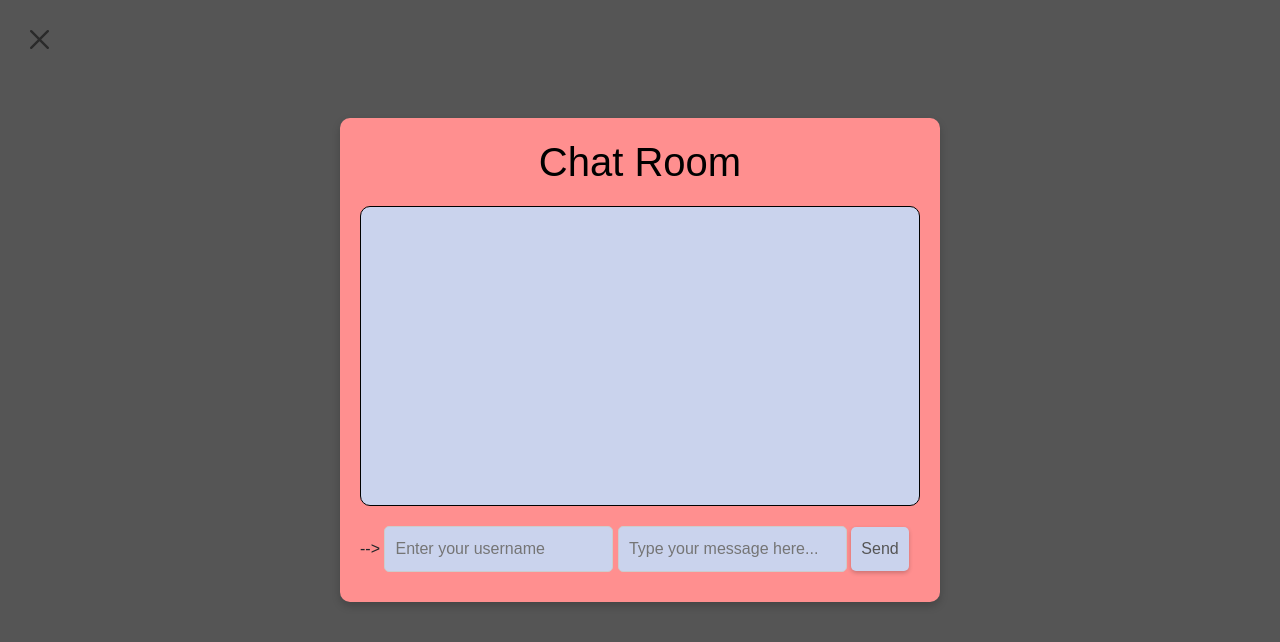
Repository: Sanjana-Inapakolla/Find-your-Roomie-website
Page: http://localhost/MiniProject/AfterSend
The author's editor kept a copy of each file at every save. The page is drawn from the files as they stood at one save, then again after the next save.
The browser window is 1280 px wide. The pictures show the whole page.
The page is served by Tomcat 10. Other server files are loaded and not shown. Queries for data that is not in the repository find no rows.

Above is the page before, as saved 2024-11-13 09:34:17.

### mini-project(jfst)/MiniProject/src/main/webapp/chat.jsp
<%@ page language="java" contentType="text/html; charset=UTF-8"
	pageEncoding="UTF-8"%>
<%@ page import="java.util.*, java.io.*,jakarta.servlet.*,java.sql.*"%>
<%@ page import="form.DbConnect" %>
<%@ page import="chat.Pair_messages" %>

<!DOCTYPE html>
<html lang="en">
<head>
<meta charset="UTF-8">
<meta name="viewport" content="width=device-width, initial-scale=1.0">
<title>Chat Application</title>
<link href="https://cdn.jsdelivr.net/npm/bootstrap@5.3.3/dist/css/bootstrap.min.css" rel="stylesheet" integrity="sha384-QWTKZyjpPEjISv5WaRU9OFeRpok6YctnYmDr5pNlyT2bRjXh0JMhjY6hW+ALEwIH" crossorigin="anonymous">
<style>
body {
	display: flex;
	justify-content: center;
	align-items: center;
	height: 100vh;
	margin: 0;
	background-color:#555;
	font-family: Arial, sans-serif;
}

.chat-container {
	background-color: #ff8f8f ;
	padding: 20px;
	border-radius: 10px;
	box-shadow: 0 4px 8px rgba(0, 0, 0, 0.2);
	width: 600px;
}

h1 {
	text-align: center;
	color: #000000;
	margin-bottom: 20px;
}

#chatWindow {
	border: 1px solid black;
	height: 300px;
	overflow-y: scroll;
	padding: 10px;
	background-color: #cad3ed;
	border-radius: 10px;
	margin-bottom: 20px;
}

.form-container {
	display: flex;
	flex-direction: column;
}

input[type="text"], input[type="submit"], input[type="text"]#username {
	background-color: #cad3ed;
	border: 1px solid #ccc;
	padding: 10px;
	border-radius: 5px;
	margin-bottom: 10px;
}

input[type="submit"] {
	background-color: #cad3ed;
	border: none;
	color: #555;
	cursor: pointer;
	box-shadow: 0 2px 4px rgba(0, 0, 0, 0.2);
}

input[type="submit"]:hover {
	background-color: #ff9940;
}
 .btn-close {
    position: absolute;
    top: 20px;
    left: 20px;
    width: 30px;
    height: 30px;
    font-size: 1.2rem;
  }
</style>


</head>
<body>
<button type="button" class="btn-close" aria-label="Close" onclick="window.location.href='home.html';"></button>
	<div class="chat-container">
		<h1>Chat Room</h1>

		<div id="chatWindow">
    <%
    List<Pair_messages> m = (List<Pair_messages>) request.getAttribute("chats");
    if (m != null && !m.isEmpty()) {
        for (Pair_messages p : m) {
    %>
            <p> <%= p.getUsername()%>:
           <%= p.getMessage() %></p>
    <%
        }
    }
    %>
</div>


		<div class="form-container">
			<form action="sendMessagesServlet" method="POST">-->

				<input type="text" id="username" name="username"
					placeholder="Enter your username" required> <input
					type="text" id="message" name="message" placeholder="Type your message here..."
					required> <input type="submit" value="Send" >
			</form>

		</div>
	</div>

<script src="https://cdn.jsdelivr.net/npm/bootstrap@5.3.3/dist/js/bootstrap.bundle.min.js" integrity="sha384-YvpcrYf0tY3lHB60NNkmXc5s9fDVZLESaAA55NDzOxhy9GkcIdslK1eN7N6jIeHz" crossorigin="anonymous"></script>
</body>
</html>

### mini-project(jfst)/MiniProject/src/main/java/chat/AfterSend.java
package chat;

import jakarta.servlet.ServletException;
import jakarta.servlet.annotation.WebServlet;
import jakarta.servlet.http.HttpServlet;
import jakarta.servlet.http.HttpServletRequest;
import jakarta.servlet.http.HttpServletResponse;
import java.io.IOException;
import java.io.PrintWriter;
import java.util.ArrayList;
import java.util.List;

import form.DbConnect;

/**
 * Servlet implementation class AfterSend
 */
@WebServlet("/AfterSend")
public class AfterSend extends HttpServlet {
	private static final long serialVersionUID = 1L;

    /**
     * @see HttpServlet#HttpServlet()
     */
    public AfterSend() {
        super();
        // TODO Auto-generated constructor stub
    }

	/**
	 * @see HttpServlet#doGet(HttpServletRequest request, HttpServletResponse response)
	 */
	protected void doGet(HttpServletRequest request, HttpServletResponse response) throws ServletException, IOException {
		DbConnect db=new DbConnect();
		List<Pair_messages> messages=new ArrayList<>();
		messages=db.retrieveMessages();
		request.setAttribute("chats", messages);
		System.out.print("request set");
		request.getRequestDispatcher("chat.jsp").forward(request, response);
	}

	/**
	 * @see HttpServlet#doPost(HttpServletRequest request, HttpServletResponse response)
	 */
	protected void doPost(HttpServletRequest request, HttpServletResponse response) throws ServletException, IOException {
		// TODO Auto-generated method stub
		doGet(request, response);
	}

}

### mini-project(jfst)/MiniProject/src/main/java/form/DbConnect.java
package form;

import java.nio.charset.StandardCharsets;
import java.security.MessageDigest;
import java.security.SecureRandom;
import java.sql.*;
import java.util.ArrayList;
import java.util.Arrays;
import java.util.List;

import chat.Pair_messages;

public class DbConnect {
	private static final String DB_URL = "jdbc:mysql://localhost:3306/jfst";
    private static final String USER = "root";
    private static final String PASSWORD = "MYSQL";

   /* public static void main(String args[]) {
    	try (Connection conn = DriverManager.getConnection(DB_URL, USER, PASSWORD)) {
            System.out.println("Connection successful!");
            getAllUsers("khloe");
        } catch (SQLException e) {
            e.printStackTrace();
        }
    }*/
 /*   public static void add() throws SQLException {
    	String query="UPDATE users SET name=? WHERE email=?";
    	try(Connection con=getConnection(); PreparedStatement pstmt=con.prepareStatement(query)){
    		pstmt.setString(1,"skunk");
    		pstmt.setString(2, "skunk@gmail.com");
    		int rowsAffected=pstmt.executeUpdate();
    		System.out.print(rowsAffected);

    	}


    }*/

    public static Connection getConnection() throws SQLException {
    	try {
			Class.forName("com.mysql.cj.jdbc.Driver");
		} catch (ClassNotFoundException e) {
			// TODO Auto-generated catch block
			e.printStackTrace();
		}
        return DriverManager.getConnection(DB_URL, USER, PASSWORD);
    }

    public boolean updateUserProfile(User user) {
    	String query="UPDATE users SET contact = ?, city = ?, area = ?, job = ? WHERE email = ?";
    	try (Connection conn = getConnection();
                PreparedStatement pstmt = conn.prepareStatement(query)){
    		pstmt.setString(1,user.getContact());
    		pstmt.setString(2, user.getCity());
    		pstmt.setString(3,user.getArea());
    		pstmt.setString(4,user.getJob());
    		pstmt.setString(5,user.getEmail());

    		int rowsAffected=pstmt.executeUpdate();
    		return rowsAffected>0;

    	}
    	catch(Exception e) {
    		e.printStackTrace();
    		return false;
    	}
    }

    public User getUserDetails(String email) {
    	 String query = "SELECT * FROM users WHERE email = ?";
    	    try (Connection conn = getConnection();
    	         PreparedStatement pstmt = conn.prepareStatement(query)) {
    	        pstmt.setString(1, email);
    	        ResultSet rs = pstmt.executeQuery();
    	        if (rs.next()) {
    	            return new User(
    	                rs.getString("email"),
    	                rs.getString("name"),
    	                rs.getString("gender"),
    	                rs.getDate("dob"),
    	                rs.getString("contact"),
    	                rs.getInt("age"),
    	                rs.getString("city"),
    	                rs.getString("area"),
    	                rs.getString("job"),
    	                rs.getString("native_place"),
    	                rs.getString("mother_tongue"),
    	                rs.getString("smoke"),
    	                rs.getString("drink"),
    	                rs.getString("diet")
    	            );
    	        }
    	    } catch (SQLException e) {
    	        e.printStackTrace();
    	    }
    	    return null;

    }

    public static List<User> getAllUsers(String email){
    	String query="SELECT * FROM users WHERE status = ? AND email <> ?";

    	List<User> list=new ArrayList<>();
    	 try (Connection conn = getConnection();
    	         PreparedStatement pstmt = conn.prepareStatement(query)) {
    	        pstmt.setString(1, "active");
    	        pstmt.setString(2, email);
    	        ResultSet rs = pstmt.executeQuery();
    	        while (rs.next()) {
    	        	System.out.print(rs.getString("name"));
    	            list.add( new User(
    	                rs.getString("email"),
    	                rs.getString("name"),
    	                rs.getString("gender"),
    	                rs.getDate("dob"),
    	                rs.getString("contact"),
    	                rs.getInt("age"),
    	                rs.getString("city"),
    	                rs.getString("area"),
    	                rs.getString("job"),
    	                rs.getString("native_place"),
    	                rs.getString("mother_tongue"),
    	                rs.getString("smoke"),
    	                rs.getString("drink"),
    	                rs.getString("diet")
    	            ));
    	        }
    	    } catch (SQLException e) {
    	        e.printStackTrace();
    	    }
    	    return list;

    }

    public  boolean addUserDetails(User user,String email) {
    	String query = "UPDATE users SET name=?, gender=?, dob=?, contact=?, age=?, city=?, area=?, job=?, native_place=?, mother_tongue=?, smoke=?, drink=?, diet=? WHERE email=?";

    	try(Connection con=getConnection(); PreparedStatement pstmt=con.prepareStatement(query)){
    		pstmt.setString(1, user.getName());
    		pstmt.setString(2, user.getGender());
    	    pstmt.setDate(3, user.getDob());
    	    pstmt.setString(4, user.getContact());
    	    pstmt.setInt(5, user.getAge());
    	    pstmt.setString(6, user.getCity());
    	    pstmt.setString(7, user.getArea());
    	    pstmt.setString(8, user.getJob());
    	    pstmt.setString(9, user.getNative_place());
    	    pstmt.setString(10, user.getMother_tongue());
    	    pstmt.setString(11, user.getSmoke());
    	    pstmt.setString(12, user.getDrink());
    	    pstmt.setString(13, user.getDiet());
    	    pstmt.setString(14, email);

    	    int rowsAffected=pstmt.executeUpdate();
    	    return rowsAffected>0;
    	}
    	catch(Exception e) {
    		e.printStackTrace();
    		return false;
    	}

    }
    //user form ends here

    //login-signup starts
    public static String registerUser(String username, String email, String password) {
    	if(userExists(username)) {
    		System.out.println("User exists");
    		return "User exists";
    	}
    	if(emailExists(email)) {
    		System.out.println("User with same email exists");
    		return "User with same email exists";
    	}
        String query = "INSERT INTO users (username, email, password, salt) VALUES (?, ?, ?, ?)";
        byte[][] salt_pwd = encrypt(password.getBytes(StandardCharsets.UTF_8));
        byte[] encrypted_pwd = salt_pwd[1];
        byte[] salt = salt_pwd[0];
        try (Connection conn = getConnection();
             PreparedStatement pstmt = conn.prepareStatement(query)) {
            pstmt.setString(1, username);
            pstmt.setString(2, email);
            pstmt.setBytes(3, encrypted_pwd);
            pstmt.setBytes(4, salt);

            int rowsAffected = pstmt.executeUpdate();
            if(rowsAffected > 0) return "Success!";
        } catch (SQLException e) {
            e.printStackTrace();
            return "Something went wrong";
        }
        return "Something went wrong";
    }

    public static String loginUser(String email, String password) {
    	String getStored = "SELECT password, salt FROM users WHERE email= ? ";
    	try {
    		Connection conn = getConnection();
            PreparedStatement pstmt = conn.prepareStatement(getStored);
            pstmt.setString(1, email);
            ResultSet rs = pstmt.executeQuery();
            if(!rs.next()) {

            	System.out.println("No such user");
            	return "No such user";
            }
            	byte[] stored_pwd = rs.getBytes(1);
            	byte[] salt = rs.getBytes(2);
            	if(passwordMatch(password,salt,stored_pwd)) {
            		System.out.println("Success!");
            		return "Success!";
            	}
            	else {
            		System.out.println("Wrong password");
            		return "Wrong password";
            	}


    	}catch(Exception e) {
    		e.printStackTrace();
    	}
    	return "Something went wrong";
    }

    public static byte[][] encrypt(byte[] plainTxt){
        // returns the hashed salt[0] and password used[1]
        SecureRandom random = new SecureRandom();
        byte[] salt = new byte[16];
        random.nextBytes(salt);
        try {
            MessageDigest md = MessageDigest.getInstance("SHA-512");
            md.update(salt);
            byte[] hashedPassword = md.digest(plainTxt);
            return new byte[][]{salt, hashedPassword};

        }catch (Exception e){
            System.out.println("Something went wrong with hashing");
            return new byte[][]{null, null};
        }
    }

    public static boolean passwordMatch(String plainTxt, byte[] salt, byte[] stored){
        try {
            MessageDigest md = MessageDigest.getInstance("SHA-512");
            md.update(salt);
            byte[] hashedPassword = md.digest(plainTxt.getBytes(StandardCharsets.UTF_8));
            return Arrays.equals(hashedPassword, stored);
        }catch (Exception e){
            System.out.println("Something went wrong..");
            return false;
        }
    }
    public static boolean userExists(String uname){
        String query = "SELECT username FROM users WHERE username = ? ";
        Connection conn;
		try {
			conn = getConnection();
			PreparedStatement pstmt = conn.prepareStatement(query);
			pstmt.setString(1, uname);
	        ResultSet rs = pstmt.executeQuery();
	        if(rs.next()) {
	        	System.out.println("User exists");
	        	return true;
	        }
	        else {
	        	return false;
	        }
		} catch (SQLException e) {
			// TODO Auto-generated catch block
			e.printStackTrace();
		}
        return false;
    }
    public static boolean emailExists(String em){
    	String query = "SELECT email FROM users WHERE email = ? ";
        Connection conn;
		try {
			conn = getConnection();
			PreparedStatement pstmt = conn.prepareStatement(query);
			pstmt.setString(1, em);
	        ResultSet rs = pstmt.executeQuery();
	        if(rs.next()) {
	        	System.out.println("User with same email exists");
	        	return true;
	        }
	        else {
	        	return false;
	        }
		} catch (SQLException e) {
			// TODO Auto-generated catch block
			e.printStackTrace();
		}
        return false;
    }
    //login signup code ends here

    //discussion forum

    public  void addMessages(String username,String message) {
		System.out.print("i am inside add");
		String query="INSERT INTO messages (username , message) values (?,?)";
		try (Connection conn=getConnection();
				PreparedStatement pstmt= conn.prepareStatement(query)){
			System.out.print("i am inside add-try");
			pstmt.setString(1,username);
			pstmt.setString(2,message);
			int rows=pstmt.executeUpdate();
			System.out.print(rows>0);

		}catch(Exception e) {
			e.printStackTrace();
		}
	}


	public List<Pair_messages> retrieveMessages() {
		List<Pair_messages> list=new ArrayList<>();
		String query = "SELECT * FROM messages ORDER BY timestamp DESC";
		try (Connection conn=getConnection();
				PreparedStatement pstmt= conn.prepareStatement(query)){
			System.out.print("i am inside retreive-try");

            ResultSet rs = pstmt.executeQuery();
            while(rs.next()) {
            	list.add(new Pair_messages(rs.getString("username"),rs.getString("message")));
            }


		}catch(Exception e) {
			e.printStackTrace();
		}
		return list;
	}

	// discussion forum ends

	//reviews
	public void addReview (String email,String hostel_name ,String hostel_city , String hostel_area,String review_text) throws SQLException {
		String query="INSERT INTO reviews (email_id,hostel_name,hostel_city,hostel_area,review_text)  values (?,?,?,?,?)";
		try(Connection conn=getConnection();PreparedStatement pstmt= conn.prepareStatement(query)){
			    pstmt.setString(1,email);
            	pstmt.setString(2,hostel_name);
            	pstmt.setString(3,hostel_city);
            	pstmt.setString(4,hostel_area);
            	pstmt.setString(5,review_text);

           int rows=pstmt.executeUpdate();
           System.out.println(rows>0);
		}
		catch(Exception e) {
			e.printStackTrace();
		}
	}

	public List<String> retrieveReview (String hostel) {
		String query="SELECT review_text FROM reviews WHERE hostel_name= ?";
		List<String> reviews= new ArrayList<>();
		try(Connection conn=getConnection();PreparedStatement pstmt= conn.prepareStatement(query)){
		    pstmt.setString(1,hostel);

		    ResultSet rs= pstmt.executeQuery();
		    while (rs.next()) {
		    	System.out.println("Review exists");
		    	reviews.add(rs.getString("review_text"));
		    }

		}catch(SQLException e) {
			e.printStackTrace();
		}
		if(reviews.size()==0) {
			System.out.print("no reviews");
		}
		return reviews;
	}

	//review ends


}

After the next save:
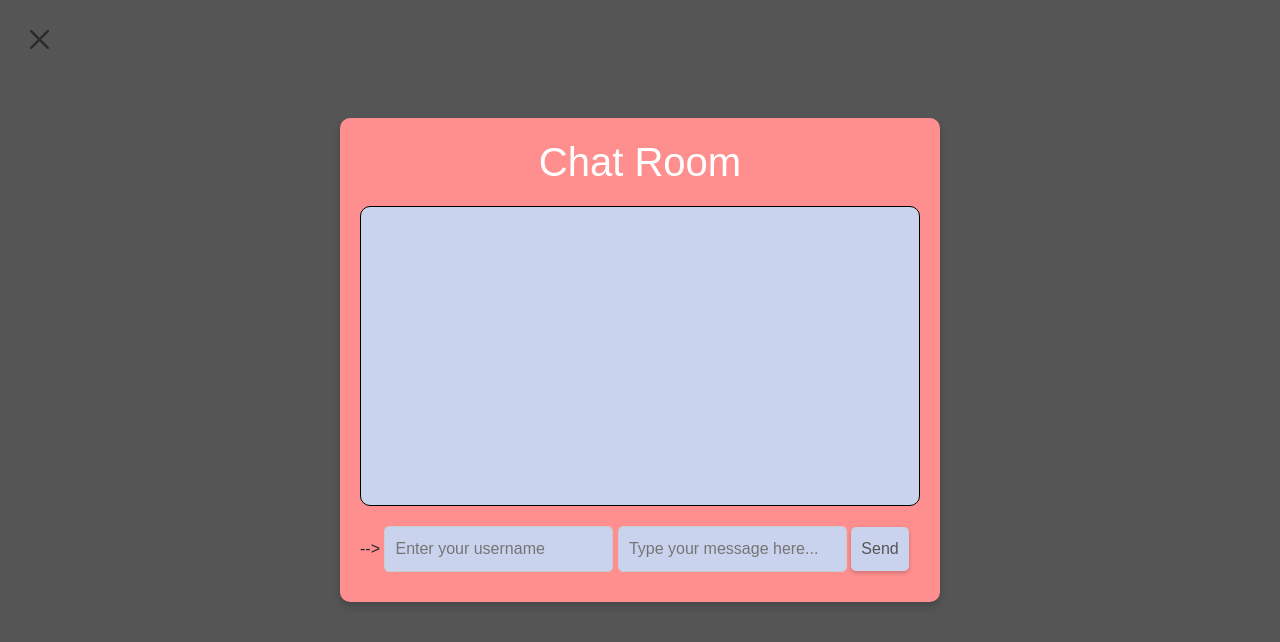
Saved 34 s later.
--- a/mini-project(jfst)/MiniProject/src/main/webapp/chat.jsp
+++ b/mini-project(jfst)/MiniProject/src/main/webapp/chat.jsp
@@ -32,7 +32,7 @@ body {
 
 h1 {
 	text-align: center;
-	color: #000000;
+	color: #ffffff;
 	margin-bottom: 20px;
 }
 
